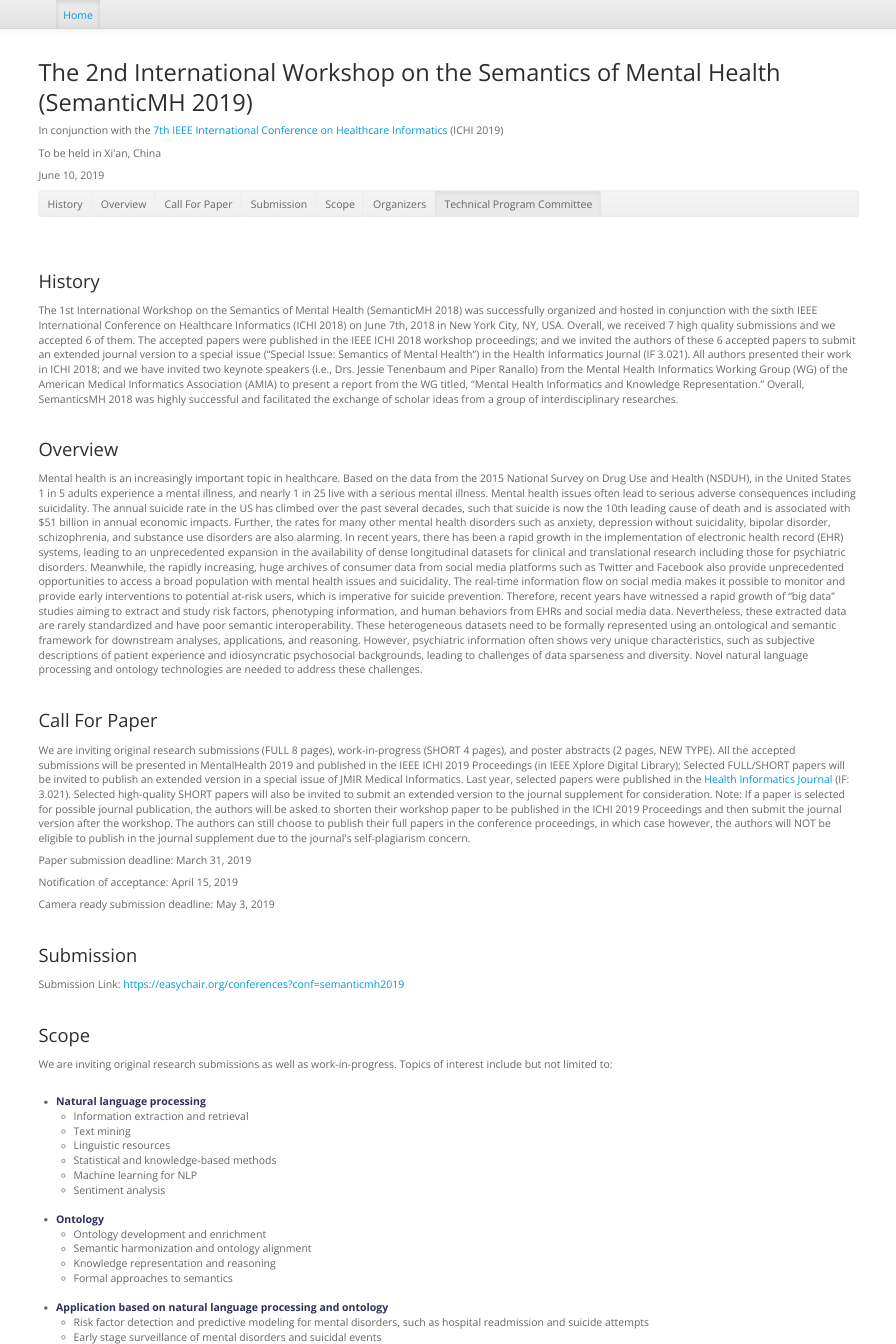
Repository: bianjiang/semantics-powered.org
Page: SemanticMH-2019/index.html
An editor plug-in stored every save of this project. The page is shown before and after the next save, followed by the edit.
The browser window is 1280 px wide. The pictures show the part of the page from y = 0 to 1920 px (the page is 3041 px tall), at 70% of full size.
Some web libraries are served in a nearby version.

Above is the page before, as saved 2019-11-06 13:58:24.
Console error (its wording comes from the project's code and is left out).

After the next save:
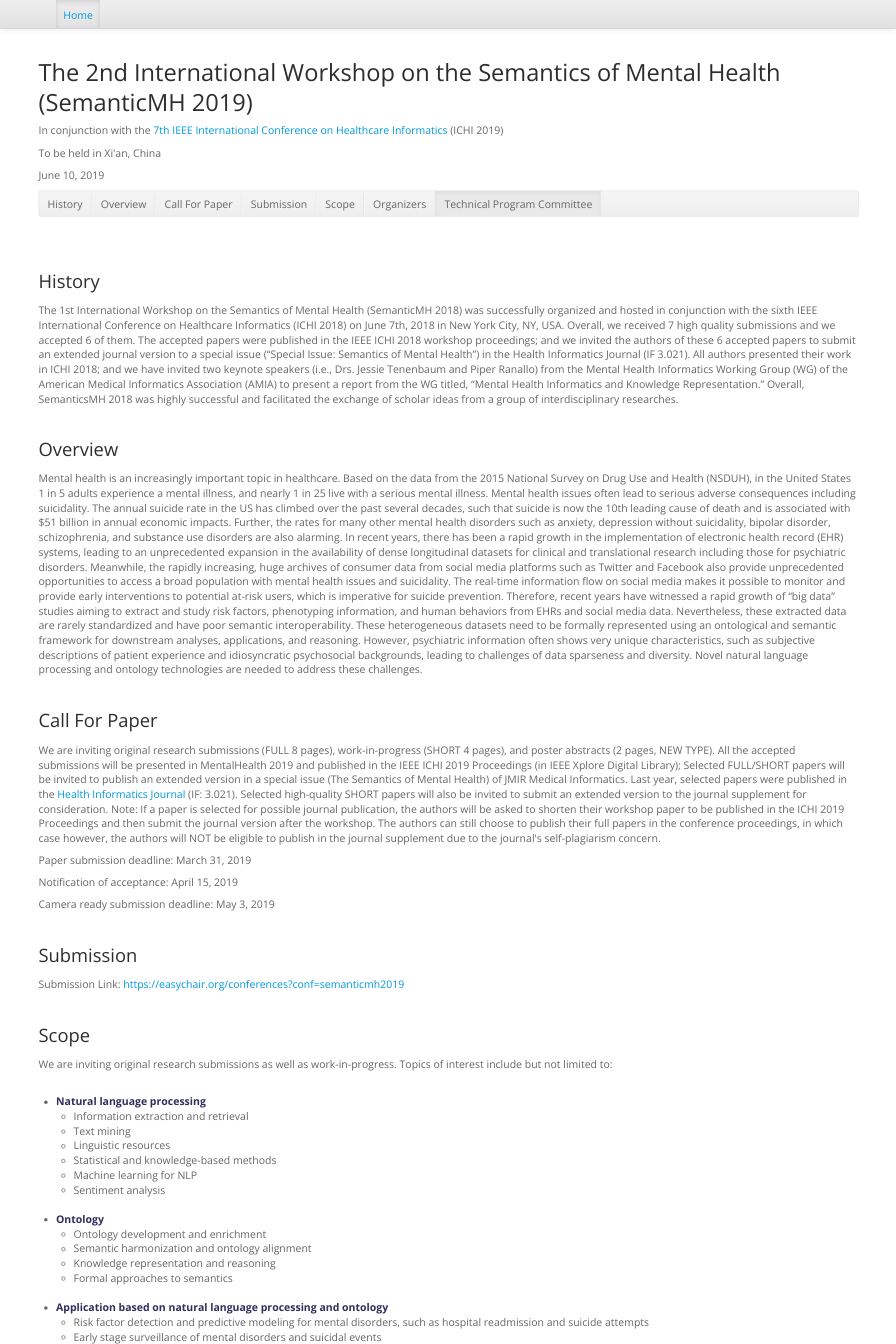
Saved 85 s later.
--- a/SemanticMH-2019/index.html
+++ b/SemanticMH-2019/index.html
@@ -142,7 +142,7 @@
         <div class="span12">
           <h3>Call For Paper</h3>
           <p>We are inviting original research submissions (FULL 8 pages), work-in-progress (SHORT 4 pages), and poster abstracts (2 pages, NEW TYPE).
-              All the accepted submissions will be presented in MentalHealth 2019 and published in the IEEE ICHI 2019 Proceedings (in IEEE Xplore Digital Library); Selected FULL/SHORT papers will be invited to publish an extended version in a special issue of JMIR Medical Informatics.  Last year, selected papers were published in the <a href="http://journals.sagepub.com/home/jhi" target="_blank">Health Informatics Journal</a> (IF: 3.021). Selected high-quality SHORT papers will also be invited to submit an extended version to the journal supplement for consideration.
+              All the accepted submissions will be presented in MentalHealth 2019 and published in the IEEE ICHI 2019 Proceedings (in IEEE Xplore Digital Library); Selected FULL/SHORT papers will be invited to publish an extended version in a special issue (The Semantics of Mental Health) of JMIR Medical Informatics.  Last year, selected papers were published in the <a href="http://journals.sagepub.com/home/jhi" target="_blank">Health Informatics Journal</a> (IF: 3.021). Selected high-quality SHORT papers will also be invited to submit an extended version to the journal supplement for consideration.
               Note: If a paper is selected for possible journal publication, the authors will be asked to shorten their workshop paper to be published in the ICHI 2019 Proceedings and then submit the journal version after the workshop. The authors can still choose to publish their full papers in the conference proceedings, in which case however, the authors will NOT be eligible to publish in the journal supplement due to the journal's self-plagiarism concern.
               <!-- <p>Paper submission deadline: March 15, 2019</p> -->
               <p>Paper submission deadline: March 31, 2019</p>
